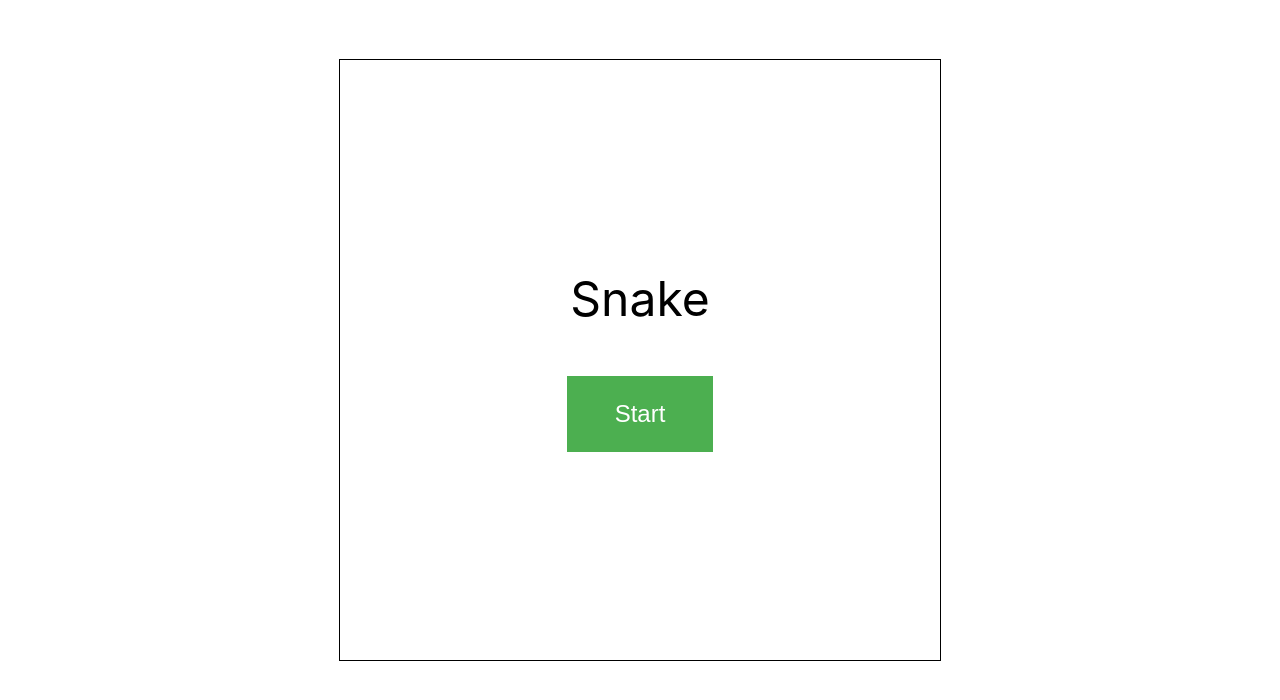
Repository: meills/react-snake
Page: /
An editor plug-in stored every save of this project. The page is shown before and after a run of saves, followed by the edit.
The browser window is 1280 px wide. The pictures show the whole page.
The project was rebuilt for these pictures with package versions that can differ from the ones it lists, and the page was loaded fresh each time. Also part of the build but not shown: src/components/Snakeboard.js, src/styles/App.css.

Above is the page before, as saved 2020-06-15 17:56:55.

### src/App.js
import React from 'react';
import Snakeboard from './components/Snakeboard.js';
import Welcome from './components/Welcome.js';
import GameOver from './components/Welcome.js';
import './styles/App.css';
import './styles/snakeboard.css';

const GRID_SIZE = 30;
const TICK_TIME = 100;

class App extends React.Component {
  state = {
    rows: GRID_SIZE,
    cols: GRID_SIZE,
    grid: [],
    food: {},
    snake: {
        head: {},
        tail: [],
    },
    currDir: 'left',
    tickTime: TICK_TIME,
    gameStart: false,
    gameOver: false,
  }


  render() {

    if (this.state.gameStart) {
      return (<div className="snake-container">
                <Snakeboard />
              </div>);
    }

    if (!this.state.gameStart) {
      return (<div className="snake-container">
                <Welcome />
              </div>);
    }

    if (this.state.gameOver) {

    }


  }

}

export default App;

### src/components/Welcome.js
import React from 'react';
import WelcomeMessage from './WelcomeMessage.js'
import StartButton from './StartButton.js'

function Welcome() {
    return(<div className='welcome'>
                <WelcomeMessage />
                <StartButton />
           </div>);
}

export default Welcome;

### src/styles/snakeboard.css
.snake-container {
    width: 100vw;
    height: 100vh;
    display: flex;
    align-items: center;
    justify-content: center;
}

.welcome {
    width: 600px;
    height: 600px;
    outline: 1px solid black;
    display: flex;
    align-items: stretch;
    align-items: center;
    justify-content: center;
    flex-direction: column;

}

.welcome-message {
    font-size: 3em;
    margin-bottom: 1em;
}

button {
    background-color: #4CAF50; /* Green */
    border: none;
    color: white;
    padding: 1em 2em;
    text-align: center;
    text-decoration: none;
    display: inline-block;
    font-size: 1.5em;
}


.grid {
    outline: 1px solid black;
    width: 600px;
    height: 600px;
    margin: auto;
    display: flex;
    flex-direction: row;
    flex-wrap: wrap;
}

.grid-item {
    width: 20px;
    height: 20px;
}

.is-food {
    background-color: red;
}


.snake-head {
    background-color: black;
}

.snake-tail {
    background-color: black;
}

### src/components/WelcomeMessage.js
import React from 'react';

function WelcomeMessage() {
    return(<div className='welcome-message'> Snake
           </div>);
}

export default WelcomeMessage;

### src/components/StartButton.js
import React from 'react';

function StartButton() {
    return(<div className='start-btn'><button type='button'>Start</button></div>);
}

export default StartButton;

Loaded but not shown: public/index.html (common file); src/index.js (common file); src/styles/index.css (common file); src/serviceWorker.js (common file)

After the next 2 saves:
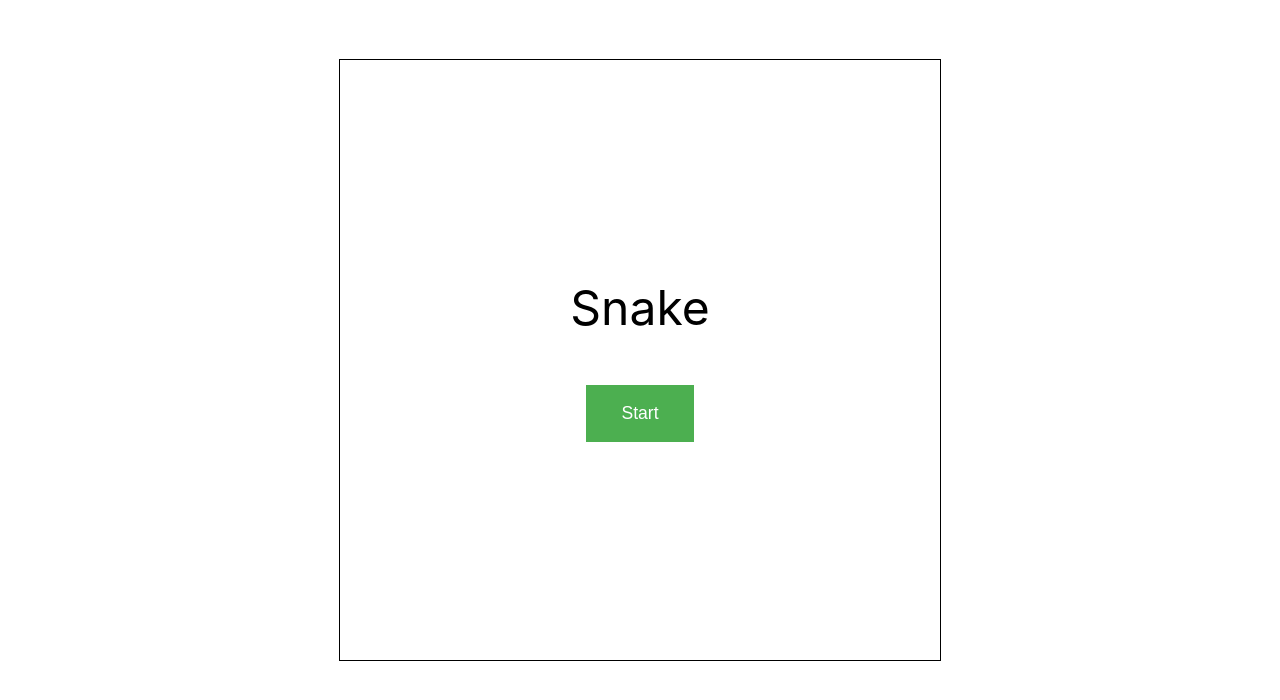
The 2 saves are shown as one change because they came seconds apart.
The last was saved 10 s later.
--- a/src/styles/snakeboard.css
+++ b/src/styles/snakeboard.css
@@ -31,7 +31,7 @@ button {
     text-align: center;
     text-decoration: none;
     display: inline-block;
-    font-size: 1.5em;
+    font-size: 1.1em;
 }
 
 
